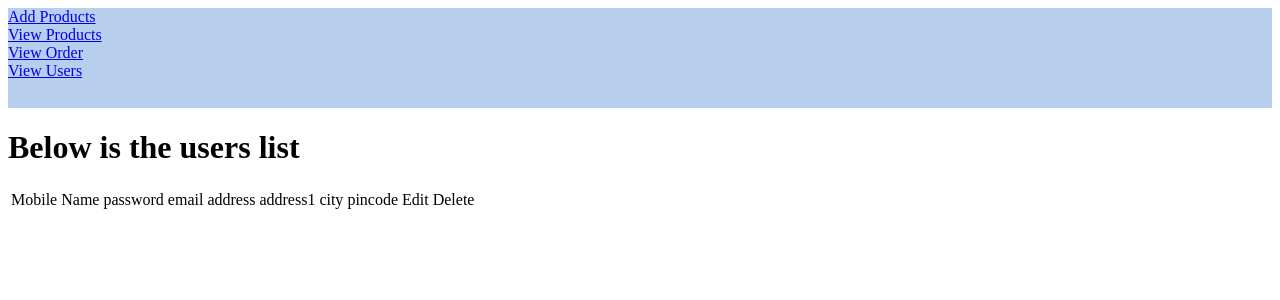
Repository: abhishekgandhi2398/BookStore
Page: http://localhost/BookStore/admin_view_users.jsp
An editor plug-in stored every save of this project. The page is shown before and after the next save, followed by the edit.
The browser window is 1280 px wide. The pictures show the whole page.
The page is served by Tomcat 9. Queries for data that is not in the repository find no rows.

Above is the page before, as saved 2019-12-06 16:16:43.

After the next save:
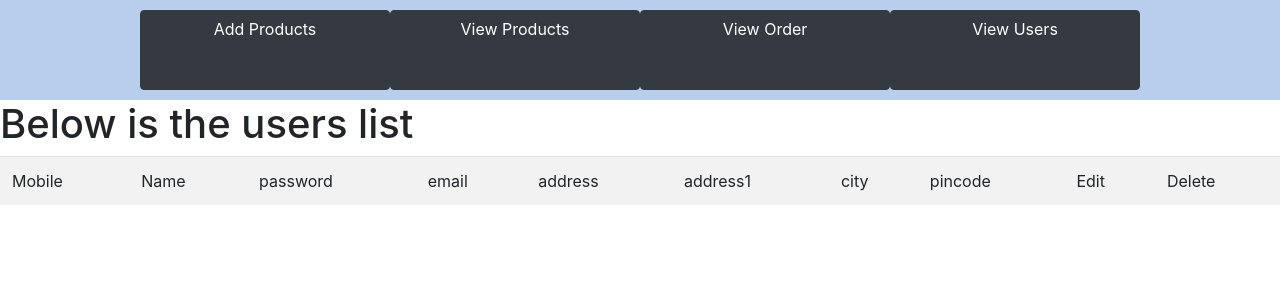
Console error (its wording comes from the project's code and is left out).
Saved 21 s later.
--- a/ProjectJava/BookStore/WebContent/admin_view_users.jsp
+++ b/ProjectJava/BookStore/WebContent/admin_view_users.jsp
@@ -5,6 +5,12 @@
 <!DOCTYPE html>
 <html>
 <head>
+
+<link rel="stylesheet" href="https://stackpath.bootstrapcdn.com/bootstrap/4.4.0/css/bootstrap.min.css">
+<script src="https://stackpath.bootstrapcdn.com/bootstrap/4.4.0/js/bootstrap.min.js" ></script>
+
+
+
 <meta charset="ISO-8859-1">
 <title>Insert title here</title>
 </head>
